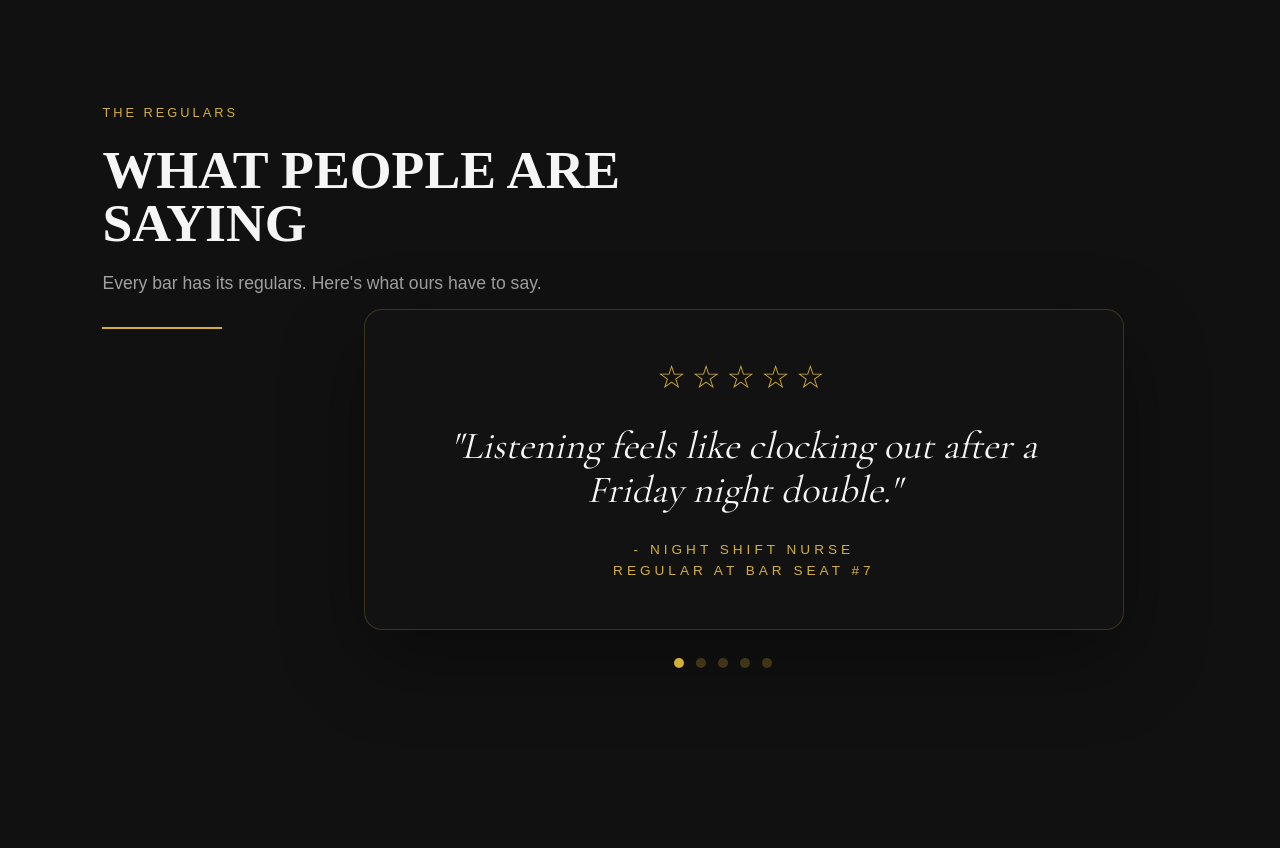
Repository: Gage-Codes/BarRot
Page: css/index.html
These files come from the project's save history. The page is drawn as it stood at one moment and after the next save; the edit follows.
The browser window is 1280 px wide. The pictures show the part of the page from y = 4518 to 5470 px (the page is 5366 px tall before and 5470 px after).

Above is the page before, as saved 2026-07-05 15:51:23.

After the next save:
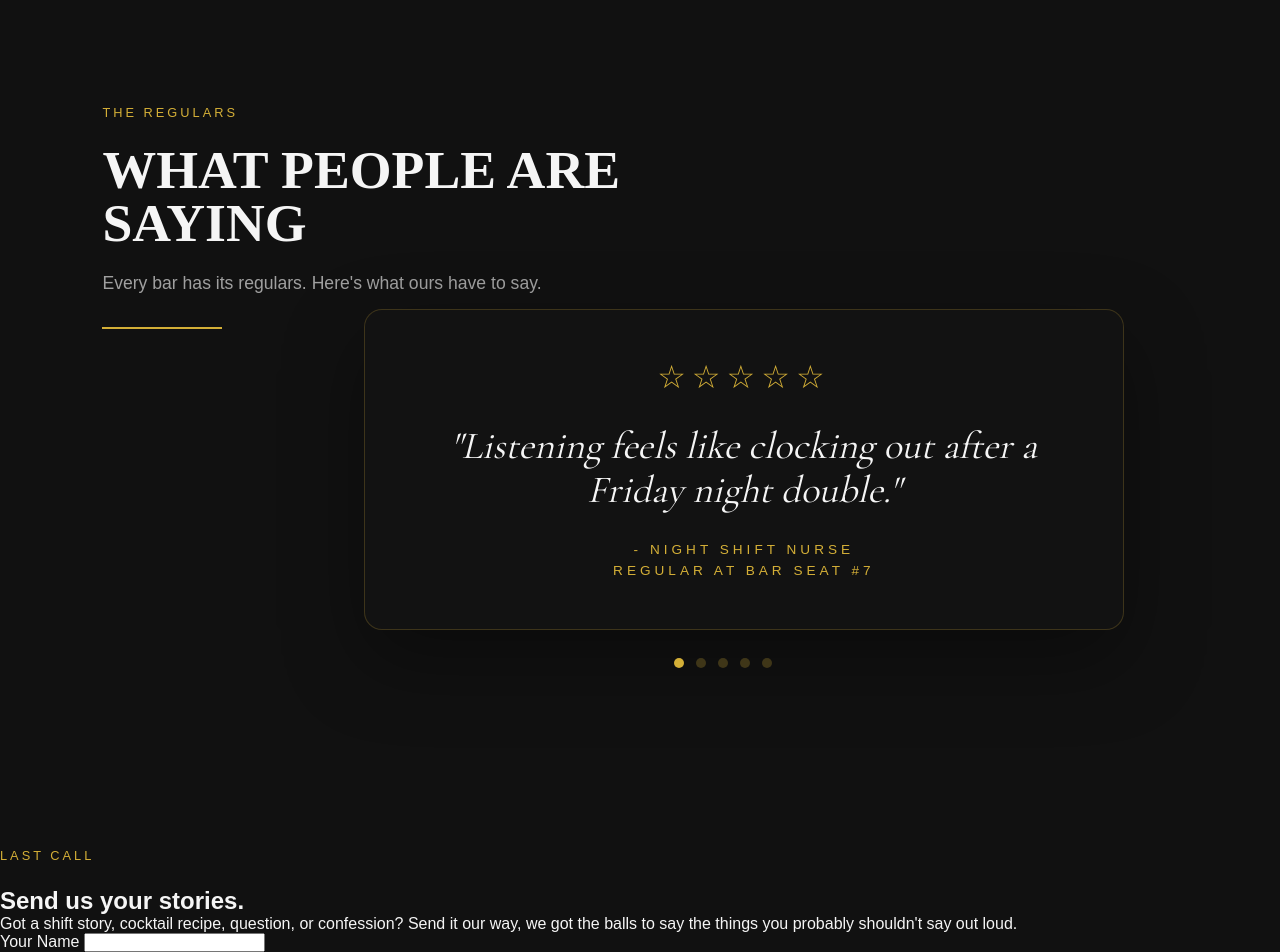
Saved 13 min 45 s later.
--- a/css/index.html
+++ b/css/index.html
@@ -161,7 +161,7 @@
             </div>
     </section>
 
-<!--Meet the Hosts-->
+<!--Meet the Hosts Section-->
 
     <section id="hosts">
         <div class="section-label">The Crew</div>
@@ -285,7 +285,7 @@
         </div>
     </section>
 
-<!--Reviews-->
+<!--Reviews Section-->
 
     <section id="reviews">
         <div class="section-label">
@@ -329,7 +329,27 @@
         </div>
     </section>
 
-    <section id="contact"></section>
+<!-- Contact Sections -->
+
+    <section id="contact">
+        <div class="section-label">Last Call
+        </div>
+        <div class="contact-layout">
+            <div class="contact-intro">
+                <h2>Send us your stories.</h2>
+                <p>
+                    Got a shift story, cocktail recipe, question, or confession?
+                    Send it our way, we got the balls to say the things you probably shouldn't say out loud.
+                </p>
+            </div>
+            <form class="contact-form">
+                <div class="form-group">
+                    <label for="name">Your Name</label>
+                    <input type="text" id="name" placeholder=""
+                </div>
+            </form>
+        </div>
+    </section>
 
 </main>
 
